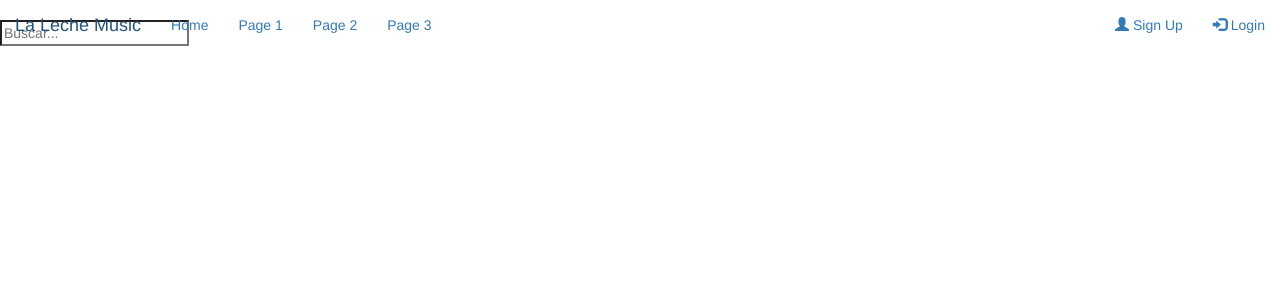
Repository: Jendoliver/proyecto_dam1-master
Page: source/html/homepage.html
The author's editor kept a record of every edit. The page is drawn from the files as they stood at one moment, then again after the next edit.
The browser window is 1280 px wide. The pictures show the whole page.
Some web libraries are served in a nearby version.

Above is the page before.

After the next edit:
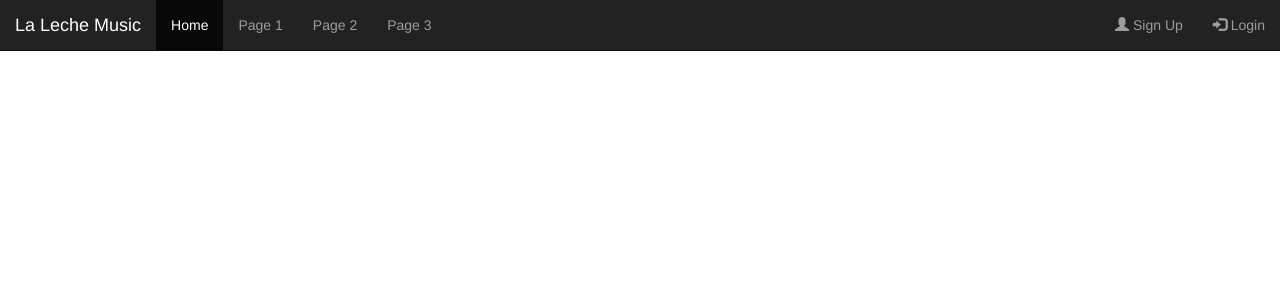
The edit:
--- a/source/html/homepage.html
+++ b/source/html/homepage.html
@@ -10,7 +10,7 @@
 </head>
 <body>
 	<header>
-		<nav class="navbar navbar-fixed-top">
+		<nav class="navbar navbar-inverse navbar-fixed-top">
 		  <div class="container-fluid">
 		    <div class="navbar-header">
 		      <a class="navbar-brand" href="#">La Leche Music</a>
